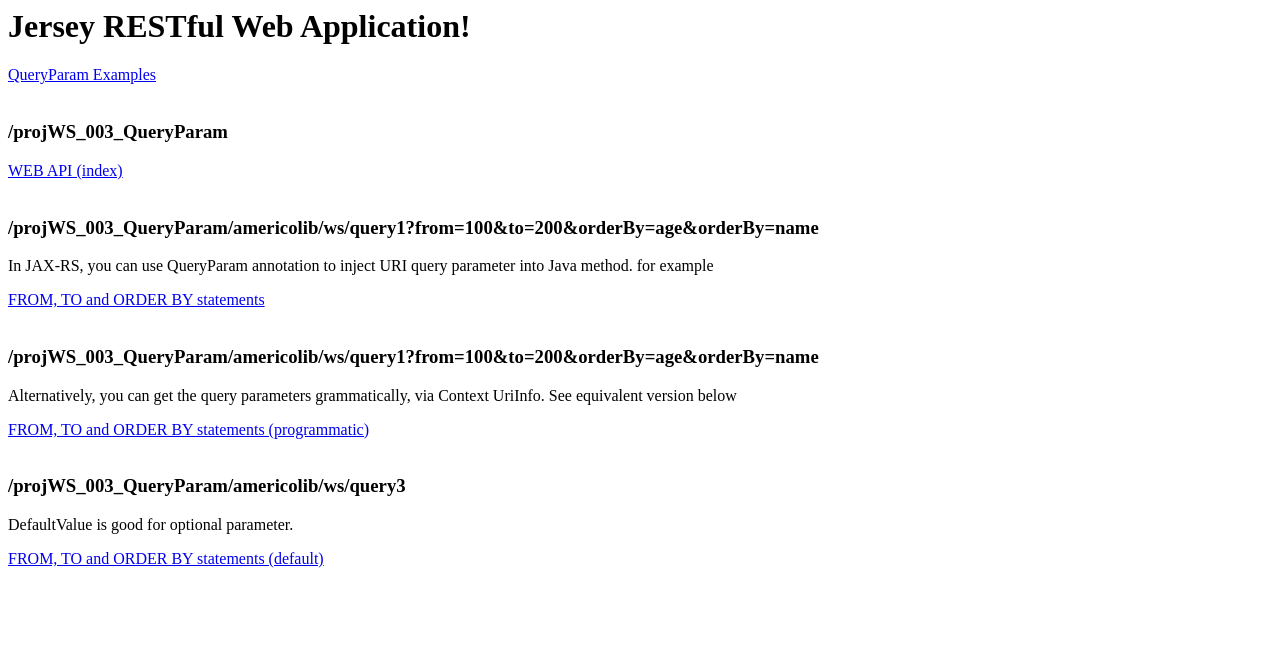
Repository: atafs/BackEnd_JAX-RS_REST_2continue
Page: http://localhost/projWS_003_QueryParam/
An editor plug-in stored every save of this project. The page is shown before and after the next save, followed by the edit.
The browser window is 1280 px wide. The pictures show the whole page.
The page is served by Tomcat 9.

Above is the page before, as saved 2016-05-02 10:16:01.

After the next save:
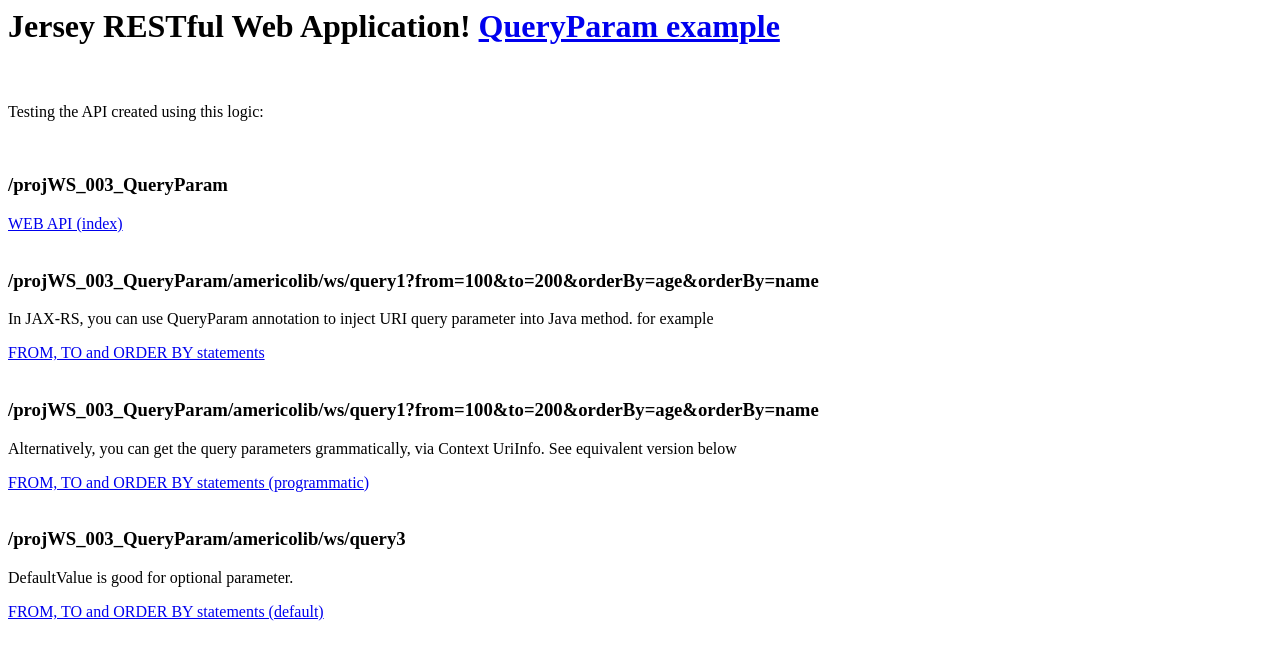
Saved 74 s later.
--- a/projWS_003_QueryParam/src/main/webapp/index.jsp
+++ b/projWS_003_QueryParam/src/main/webapp/index.jsp
@@ -1,11 +1,11 @@
 <html>
 <body>
     <!-- TITLE -->
-	<h1>Jersey RESTful Web Application!</h1>
+	<h1>Jersey RESTful Web Application!	<a href="http://www.mkyong.com/webservices/jax-rs/jax-rs-queryparam-example/">QueryParam example</a><br/><br/>	</h1>
 
 
-	<!-- TEXT -->
-	<a href="http://www.mkyong.com/webservices/jax-rs/jax-rs-queryparam-example/">QueryParam Examples</a><br/><br/>
+	<!-- TXT -->
+	<p>Testing the API created using this logic:</p><br/>
 
 	<!-- LINKS -->
 	<h3>/projWS_003_QueryParam</h3>
